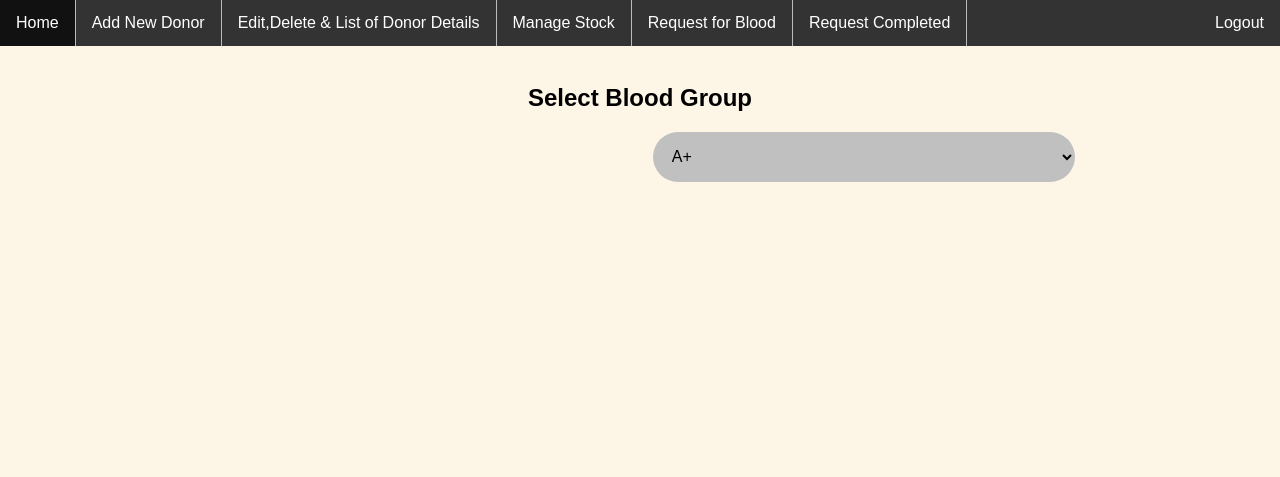
Repository: Tejas-2408/Blood-Bank-Management
Page: http://localhost/Blood_Bank_Management_System/manageStock.jsp
An editor plug-in stored every save of this project. The page is shown before and after the next save, followed by the edit.
The browser window is 1280 px wide. The pictures show the whole page.
The page is served by Tomcat 9.

Above is the page before, as saved 2022-06-03 16:40:03.

After the next save:
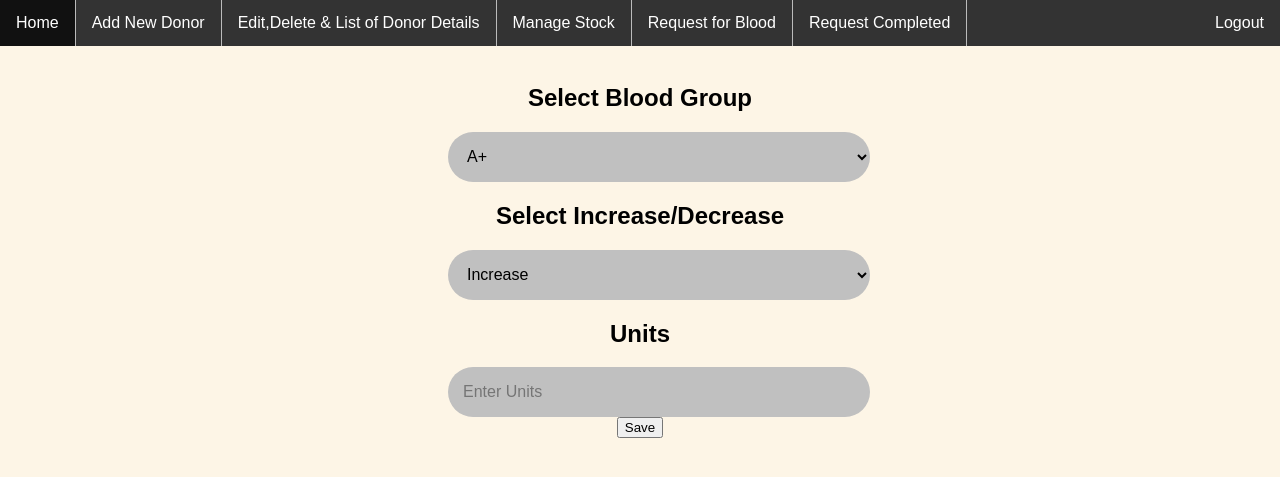
Saved 3 min 28 s later.
--- a/Blood Bank Management System/src/main/webapp/manageStock.jsp
+++ b/Blood Bank Management System/src/main/webapp/manageStock.jsp
@@ -60,8 +60,7 @@ if("valid".equals(msg)){
 
  <form action="manageStockAction.jsp" method="post">
  <div class="form-group">
- <center>
- <h2>Select Blood Group</h2>
+ <center><h2>Select Blood Group</h2></center>
  <select name="bloodgroup">
  <option value="A+">A+</option>
  <option value="A-">A-</option>
@@ -72,7 +71,16 @@ if("valid".equals(msg)){
  <option value="AB+">AB+</option>
  <option value="AB-">AB-</option>
  </select>
- </center>
+
+ <center><h2>Select Increase/Decrease</h2></center>
+ <select name="incdec">
+ <option value="inc">Increase</option>
+ <option value="dec">Decrease</option>
+ </select>
+
+ <center><h2>Units</h2></center>
+ <input type="text" placeholder="Enter Units" name="units">
+ <center><button type="submit" class-="button">Save</button></center>
 
  </div>
  </form>
